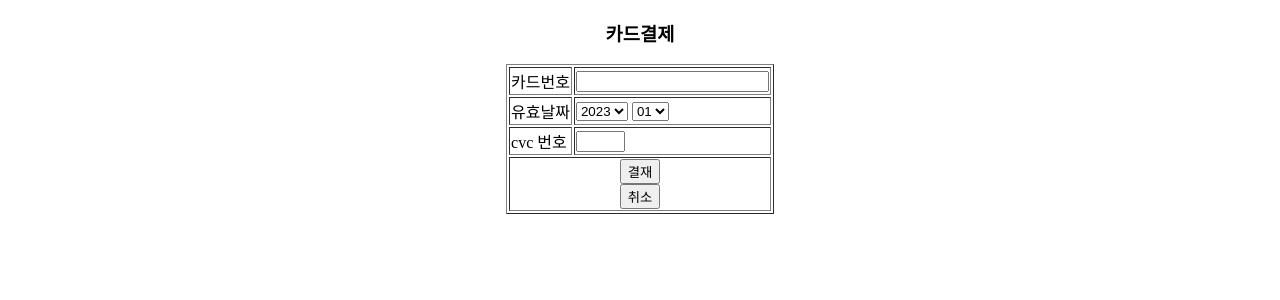
Repository: Juseong-Bang/jspWebProject
Page: http://localhost/FilmBooking/card.jsp
An editor plug-in stored every save of this project. The page is shown before and after the next save, followed by the edit.
The browser window is 1280 px wide. The pictures show the whole page.
The page is served by Tomcat 9.

Above is the page before, as saved 2017-12-02 08:46:55.

After the next save:
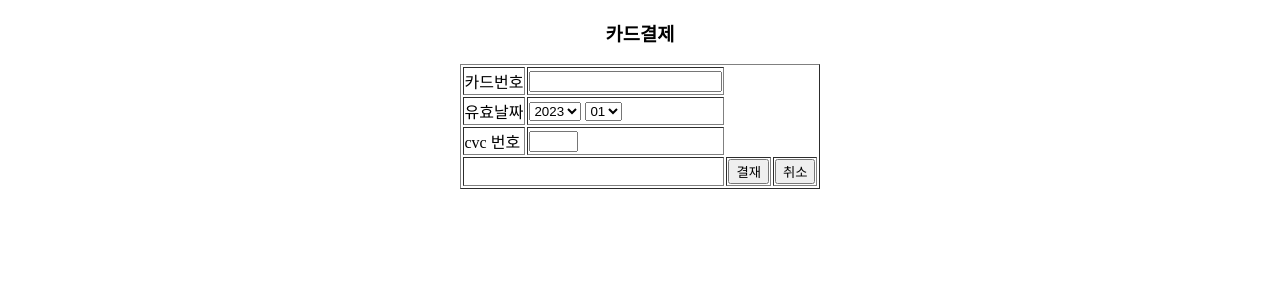
Saved 62 s later.
--- a/FilmBooking/WebContent/card.jsp
+++ b/FilmBooking/WebContent/card.jsp
@@ -45,12 +45,12 @@
 			</tr>
 			<tr>
 				<td colspan=2 align="center" width=150>
-					<form method="post" action="control.jsp">
+					<td><form method="post" action="control.jsp">
 						<input type="submit" value="결재" /> <input type="hidden"
 							name="action" value="resv" /> <input type="hidden" name="oper"
 							value="pay" /> <input type="hidden" name="rid"
 							value=<%=request.getAttribute("rid")%> />
-					</form> <input type="submit" value=취소>
+					</form></td> <td><input type="submit" value=취소></td>
 				</td>
 			</tr>
 		</table>
